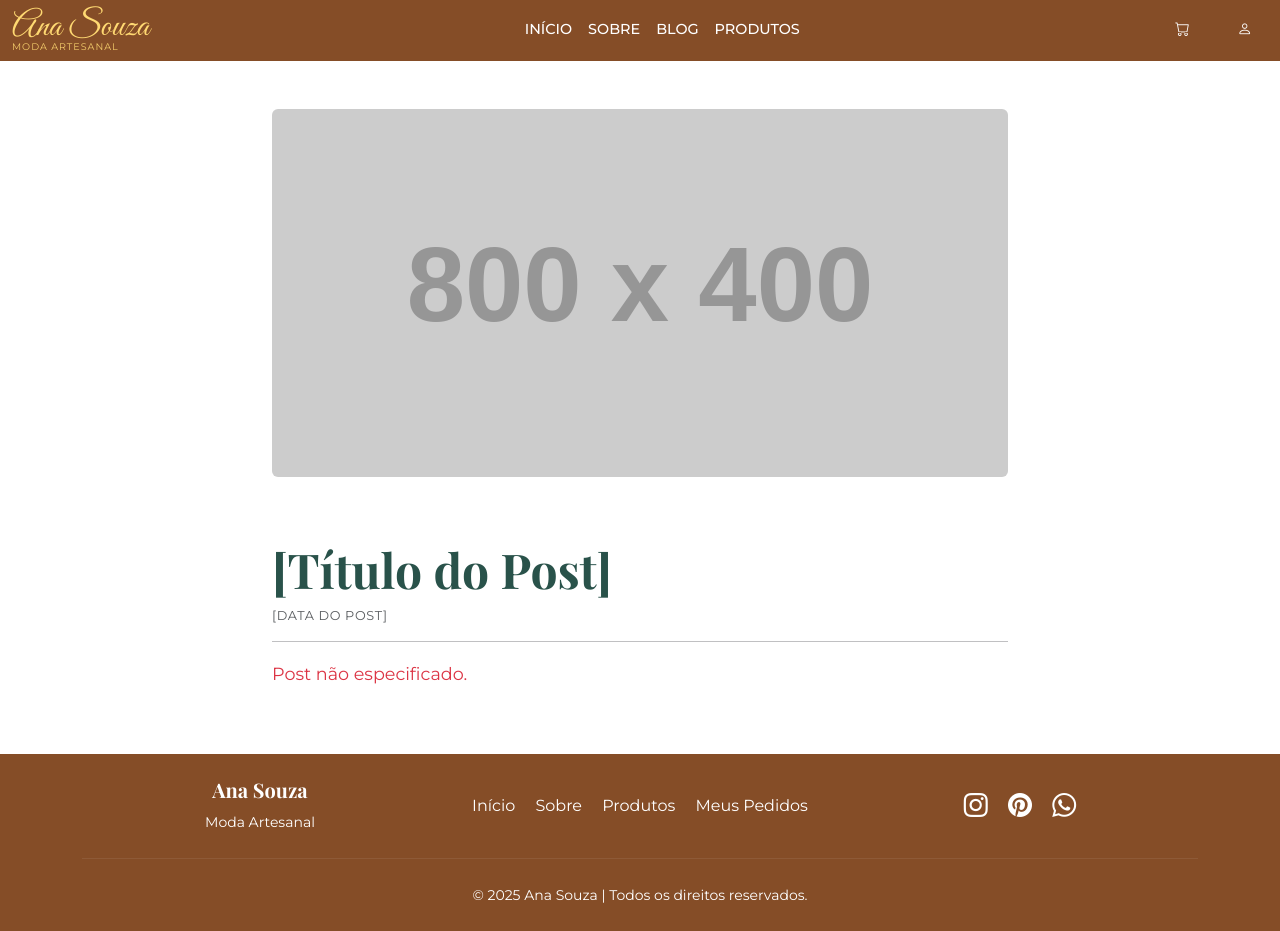
Repository: Lucascsg/projeto-anasouza-frontend
Page: post.html
These files come from the project's save history. The page is drawn as it stood at one moment and after the next save; the edit follows.
The browser window is 1280 px wide. The pictures show the whole page.

Above is the page before, as saved 2025-10-28 00:35:31.

After the next save:
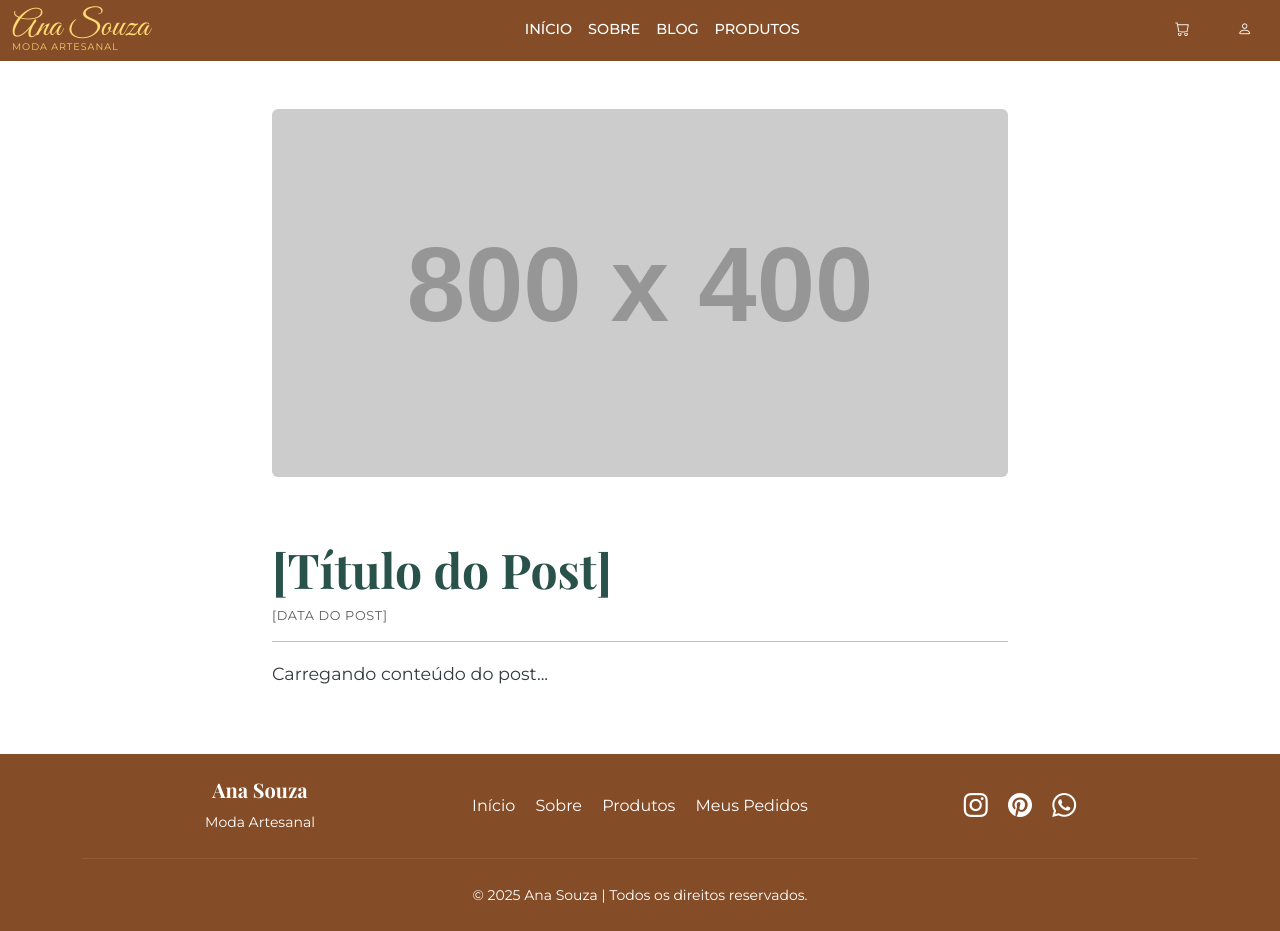
Saved 48 s later.
--- a/js/post.js
+++ b/js/post.js
@@ -1,60 +1,52 @@
-document.addEventListener('DOMContentLoaded', function() {
-    const urlParams = new URLSearchParams(window.location.search);
-    const postId = urlParams.get('id');
-
-    // Sempre atualiza o contador do carrinho, em qualquer página
-    atualizarContadorCarrinho();
-
-    if (postId) {
-        carregarPostCompleto(postId);
-    } else {
-        // Se não houver ID na URL, exibe erro
-        const postContent = document.getElementById('post-conteudo');
-        if(postContent) postContent.innerHTML = '<p class="text-danger">Post não especificado.</p>';
-    }
-});
-
 async function carregarPostCompleto(id) {
     try {
-        const response = await fetch('blog.json');
-        const posts = await response.json();
-        const post = posts.find(p => p.id == id);
+        // --- ALTERAÇÃO PRINCIPAL AQUI ---
+        // Busca diretamente o post específico na API Back-End usando o ID
+        const response = await fetch(`http://localhost:8080/api/blog/${id}`);
 
-        if (post) {
-            exibirPost(post);
-        } else {
-            const postContent = document.getElementById('post-conteudo');
-            if(postContent) postContent.innerHTML = '<p class="text-danger">Post não encontrado.</p>';
+        // Verifica se a resposta da API foi bem-sucedida (status 200 OK)
+        if (!response.ok) {
+            if (response.status === 404) {
+                 // Trata o caso de post não encontrado
+                 const postContent = document.getElementById('post-conteudo');
+                 if(postContent) postContent.innerHTML = '<p class="text-danger">Post não encontrado.</p>';
+                 // Esconde ou limpa outros campos se necessário
+                 document.getElementById('post-titulo').textContent = "Erro";
+                 document.getElementById('post-data').textContent = "";
+                 const imgElement = document.getElementById('post-imagem');
+                 if(imgElement) imgElement.style.display = 'none';
+            } else {
+                // Lança outros erros HTTP
+                throw new Error(`Erro HTTP ao buscar post: ${response.status}`);
+            }
+            return; // Interrompe a função
         }
+
+        // Converte a resposta JSON diretamente para o objeto do post único
+        const post = await response.json();
+
+        // Se chegou aqui, o post foi encontrado e convertido, então exibe
+        exibirPost(post);
+
     } catch (error) {
+        // Captura erros de rede ou erros lançados
         console.error('Erro ao carregar o post:', error);
+        const postContent = document.getElementById('post-conteudo');
+        if(postContent) postContent.innerHTML = '<p class="text-danger">Erro ao carregar informações do post. Verifique se o servidor Back-End está rodando.</p>';
     }
 }
 
+// A função exibirPost continua a mesma
 function exibirPost(post) {
     document.title = post.titulo + " - Ana Souza";
-
     document.getElementById('post-imagem').src = post.imagem;
     document.getElementById('post-imagem').alt = post.titulo;
     document.getElementById('post-titulo').textContent = post.titulo;
     document.getElementById('post-data').textContent = post.data;
-
-    // Usamos innerHTML aqui para que as tags <p> do nosso JSON sejam renderizadas como HTML
-    document.getElementById('post-conteudo').innerHTML = post.conteudo;
+    document.getElementById('post-conteudo').innerHTML = post.conteudo; // Usa innerHTML para renderizar tags <p>
 }
 
-// Função para manter o contador do carrinho atualizado
+// A função atualizarContadorCarrinho continua a mesma
 function atualizarContadorCarrinho() {
-    let carrinho = JSON.parse(localStorage.getItem('carrinho')) || [];
-    const totalItens = carrinho.reduce((total, item) => total + item.quantidade, 0);
-    const contadorElemento = document.getElementById('contador-carrinho');
-
-    if (contadorElemento) {
-        if (totalItens > 0) {
-            contadorElemento.textContent = totalItens;
-            contadorElemento.style.display = 'inline';
-        } else {
-            contadorElemento.style.display = 'none';
-        }
-    }
+    // ... (código completo da função)
 }

After the save that followed:
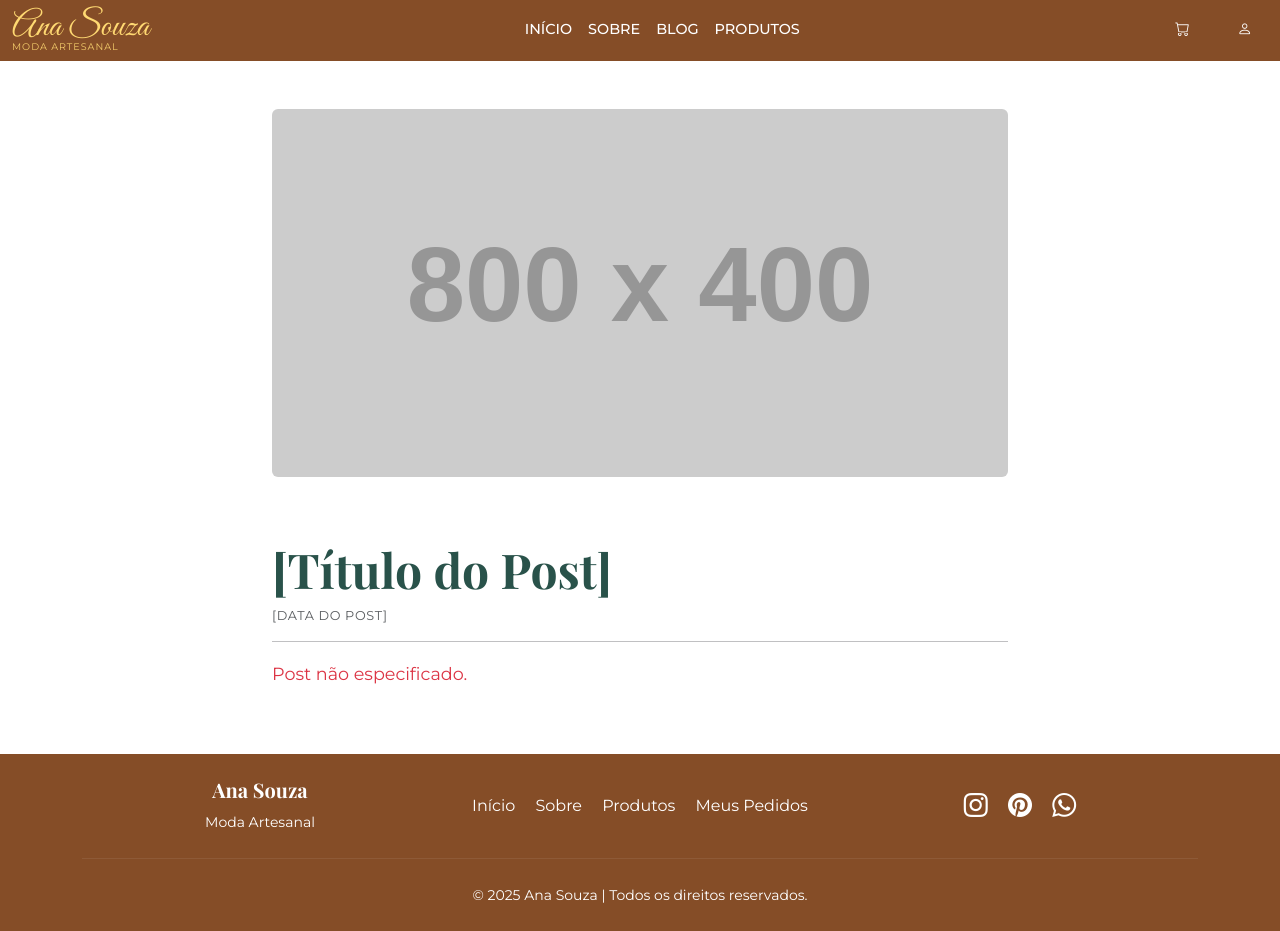
Saved 10 min 3 s later.
--- a/js/post.js
+++ b/js/post.js
@@ -1,52 +1,101 @@
+document.addEventListener('DOMContentLoaded', function() {
+    console.log("post.js: DOMContentLoaded iniciado."); // Log para verificar execução
+
+    const urlParams = new URLSearchParams(window.location.search);
+    const postId = urlParams.get('id');
+    console.log("post.js: ID do post encontrado na URL:", postId); // Log para verificar ID
+
+    atualizarContadorCarrinho(); // Garante que o contador do carrinho funcione nesta página também
+
+    if (postId) {
+        carregarPostCompleto(postId);
+    } else {
+        console.error("post.js: Nenhum ID de post encontrado na URL.");
+        // Se não houver ID na URL, exibe erro
+        const postContent = document.getElementById('post-conteudo');
+        if(postContent) postContent.innerHTML = '<p class="text-danger">Post não especificado.</p>';
+    }
+});
+
 async function carregarPostCompleto(id) {
+    console.log(`post.js: Iniciando fetch para /api/blog/${id}`); // Log antes do fetch
     try {
-        // --- ALTERAÇÃO PRINCIPAL AQUI ---
-        // Busca diretamente o post específico na API Back-End usando o ID
         const response = await fetch(`http://localhost:8080/api/blog/${id}`);
+        console.log("post.js: Resposta do fetch recebida. Status:", response.status); // Log após fetch
 
-        // Verifica se a resposta da API foi bem-sucedida (status 200 OK)
         if (!response.ok) {
             if (response.status === 404) {
-                 // Trata o caso de post não encontrado
+                 console.warn("post.js: Post não encontrado (404).");
                  const postContent = document.getElementById('post-conteudo');
                  if(postContent) postContent.innerHTML = '<p class="text-danger">Post não encontrado.</p>';
-                 // Esconde ou limpa outros campos se necessário
-                 document.getElementById('post-titulo').textContent = "Erro";
+                 document.getElementById('post-titulo').textContent = "Erro 404";
                  document.getElementById('post-data').textContent = "";
                  const imgElement = document.getElementById('post-imagem');
                  if(imgElement) imgElement.style.display = 'none';
             } else {
-                // Lança outros erros HTTP
                 throw new Error(`Erro HTTP ao buscar post: ${response.status}`);
             }
-            return; // Interrompe a função
+            return;
         }
 
-        // Converte a resposta JSON diretamente para o objeto do post único
         const post = await response.json();
+        console.log("post.js: Dados do post recebidos:", post); // Log dos dados recebidos
 
-        // Se chegou aqui, o post foi encontrado e convertido, então exibe
         exibirPost(post);
 
     } catch (error) {
-        // Captura erros de rede ou erros lançados
-        console.error('Erro ao carregar o post:', error);
+        console.error('post.js: Erro CRÍTICO ao carregar o post:', error); // Log de erro crítico
         const postContent = document.getElementById('post-conteudo');
-        if(postContent) postContent.innerHTML = '<p class="text-danger">Erro ao carregar informações do post. Verifique se o servidor Back-End está rodando.</p>';
+        if(postContent) postContent.innerHTML = '<p class="text-danger">Erro ao carregar informações do post. Verifique o console e se o servidor Back-End está rodando.</p>';
     }
 }
 
-// A função exibirPost continua a mesma
 function exibirPost(post) {
-    document.title = post.titulo + " - Ana Souza";
-    document.getElementById('post-imagem').src = post.imagem;
-    document.getElementById('post-imagem').alt = post.titulo;
-    document.getElementById('post-titulo').textContent = post.titulo;
-    document.getElementById('post-data').textContent = post.data;
-    document.getElementById('post-conteudo').innerHTML = post.conteudo; // Usa innerHTML para renderizar tags <p>
+    console.log("post.js: Iniciando exibição do post:", post.titulo); // Log ao iniciar exibição
+    try {
+        document.title = post.titulo + " - Ana Souza";
+
+        // Elementos que SEMPRE devem existir (verifique os IDs no seu HTML)
+        const imgElement = document.getElementById('post-imagem');
+        const tituloElement = document.getElementById('post-titulo');
+        const dataElement = document.getElementById('post-data');
+        const conteudoElement = document.getElementById('post-conteudo');
+
+        if (imgElement) {
+            imgElement.src = post.imagem || 'https://via.placeholder.com/800x400'; // Fallback
+            imgElement.alt = post.titulo;
+            imgElement.style.display = 'block'; // Garante que esteja visível
+        } else { console.error("Elemento #post-imagem não encontrado!"); }
+
+        if (tituloElement) {
+            tituloElement.textContent = post.titulo;
+        } else { console.error("Elemento #post-titulo não encontrado!"); }
+
+        if (dataElement) {
+            dataElement.textContent = post.data || ''; // Usa string vazia se data não existir
+        } else { console.error("Elemento #post-data não encontrado!"); }
+
+        if (conteudoElement) {
+            conteudoElement.innerHTML = post.conteudo || '<p>Conteúdo não disponível.</p>'; // Usa innerHTML
+        } else { console.error("Elemento #post-conteudo não encontrado!"); }
+
+        console.log("post.js: Exibição do post concluída.");
+    } catch (error) {
+        console.error("post.js: Erro DENTRO da função exibirPost:", error);
+    }
 }
 
-// A função atualizarContadorCarrinho continua a mesma
 function atualizarContadorCarrinho() {
-    // ... (código completo da função)
+    let carrinho = JSON.parse(localStorage.getItem('carrinho')) || [];
+    const totalItens = carrinho.reduce((total, item) => total + item.quantidade, 0);
+    const contadorElemento = document.getElementById('contador-carrinho');
+
+    if (contadorElemento) {
+        if (totalItens > 0) {
+            contadorElemento.textContent = totalItens;
+            contadorElemento.style.display = 'inline';
+        } else {
+            contadorElemento.style.display = 'none';
+        }
+    }
 }
